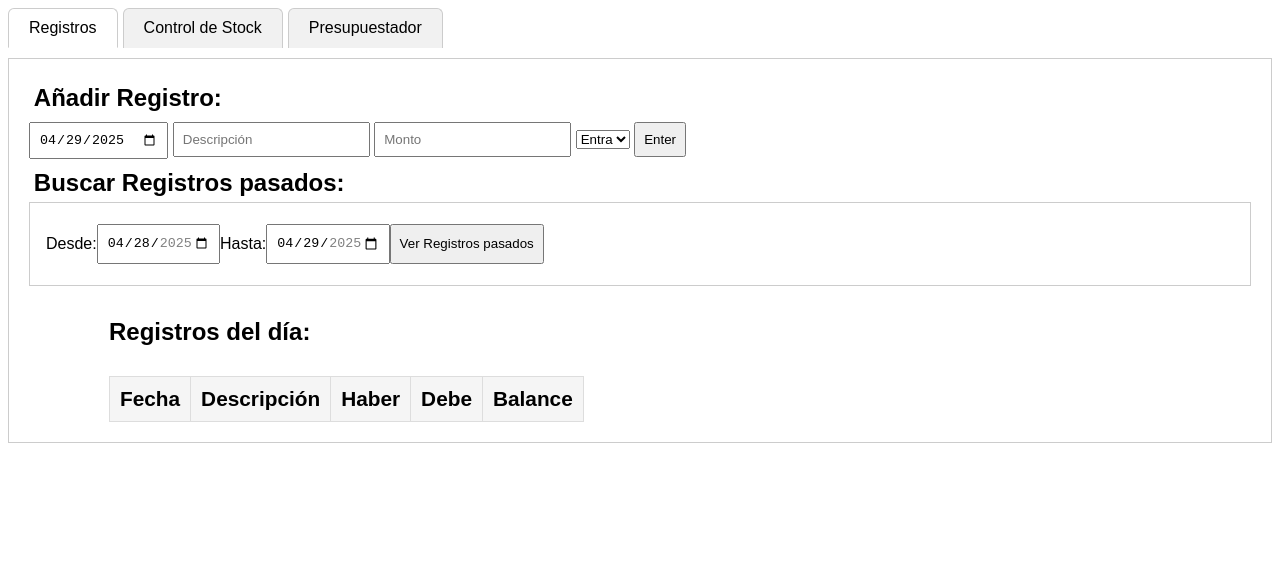
Repository: Joako-Herrero/Proyecto-de-Feria-de-ciencias
Page: program/registro.html
The author's editor kept a copy of each file at every save. The page is drawn from the files as they stood at one save, then again after the next save.
The browser window is 1280 px wide. The pictures show the whole page.
The page's requests for data from a server got no answer.

Above is the page before, as saved 2025-05-28 16:39:19.

After the next save:
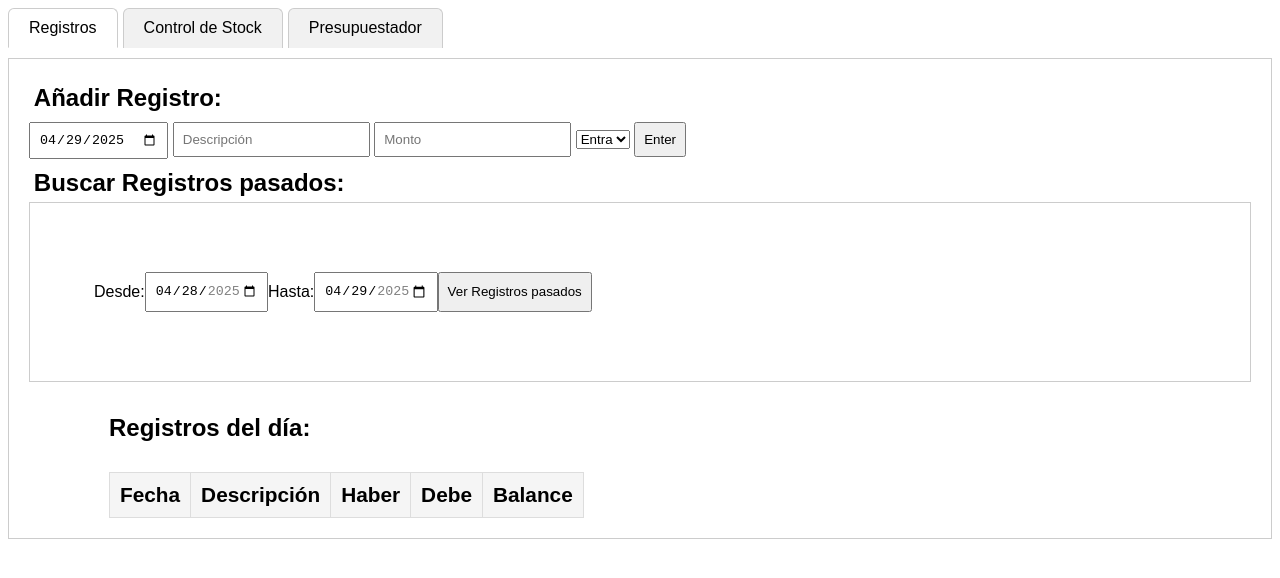
Saved 4 s later.
--- a/program/registro.html
+++ b/program/registro.html
@@ -63,7 +63,7 @@
 
 
         #formFiltrarFechas{
-            padding: 1rem;
+            padding: 4rem;
             border: #ccc solid 1px;
             display: flex;
         }
